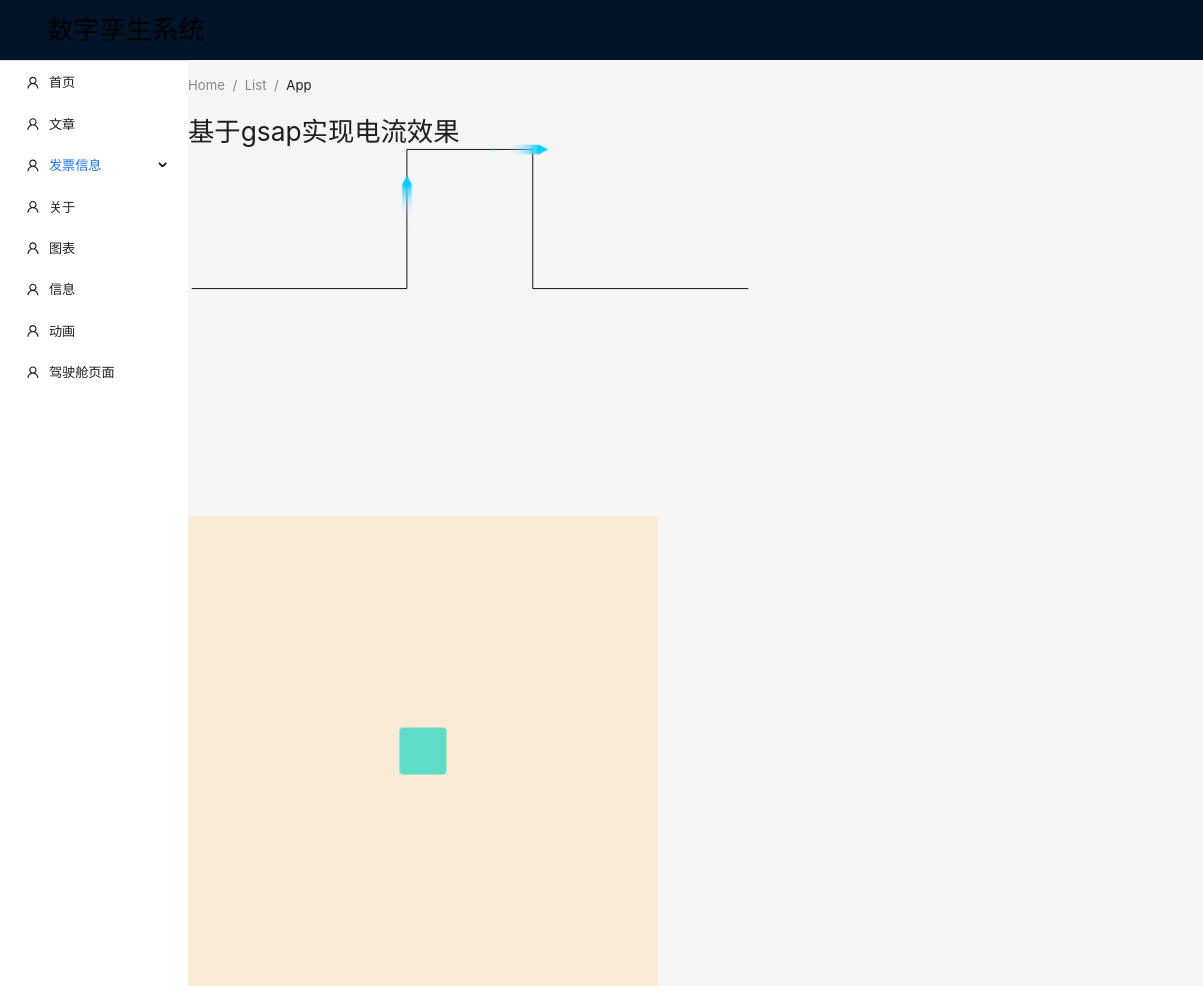
Repository: HailiePan/webpack-react-practice
Page: /animation
An editor plug-in stored every save of this project. The page is shown before and after the next save, followed by the edit.
The browser window is 1280 px wide. The pictures show the whole page, at 94% of full size.
The project was rebuilt for these pictures with package versions that can differ from the ones it lists, and the page was loaded fresh each time. Also part of the build but not shown: src/pages/Animation/component/ScrollAnimation/index.jsx, src/pages/Home.jsx, src/pages/Invoices/index.jsx, src/pages/Invoices/Invoice.jsx, src/pages/Invoices/Pending.jsx, src/pages/Invoices/Complete.jsx, src/components/CommonBox/index.less, src/components/CommonBox/index.jsx and 25 more.

Above is the page before, as saved 2024-01-24 15:24:15.

### index.html
<!--
 * Author  hailie.pan
 * Date  2023-10-08 16:03:03
 * LastEditors  hailie.pan
 * LastEditTime  2023-10-08 16:03:04
 * Description  file content
-->
<!--
 * Author  hailie.pan
 * Date  2023-10-07 17:34:05
 * LastEditors  hailie.pan
 * LastEditTime  2023-10-07 17:34:06
 * Description  file content
-->
<!DOCTYPE html>
<html lang="en">
  <head>
    <meta charset="UTF-8" />
    <meta http-equiv="X-UA-Compatible" content="IE=edge" />
    <meta name="viewport" content="width=device-width, initial-scale=1.0" />
    <title>Document</title>
  </head>
  <body>
    <div id="app"></div>
  </body>
</html>

### src/index.jsx
/*
 * Author  hailie.pan
 * Date  2023-10-07 17:16:58
 * LastEditors  hailie.pan
 * LastEditTime  2023-10-24 17:39:40
 * Description  file content
 */
import React, { StrictMode } from "react";
import * as ReactDOM from "react-dom/client";
import { BrowserRouter, useRoutes } from "react-router-dom";
import { routes } from "@/router";
const App = () => {
  return useRoutes(routes);
};
const root = ReactDOM.createRoot(document.getElementById("app"));
// v18 的新方法
root.render(
  <StrictMode>
    <BrowserRouter>
      <App />
    </BrowserRouter>
  </StrictMode>
);

// BrowserRouter下直接渲染useRoutes,routes里配置好路径对应的组件
// 然后就会显示路径对应的组件
// useRoutes(routes)必须在函数里写着

### src/router/index.js
/*
 * @Author: Hailie.Pan
 * @Date: 2023-11-28 10:30:45
 * @LastEditors: Hailie.Pan
 * @LastEditTime: 2024-01-11 10:41:08
 * @Description:
 */
/*
 * Author  hailie.pan
 * Date  2023-10-13 17:13:27
 * LastEditors  hailie.pan
 * LastEditTime  2023-11-28 10:30:45
 * Description  file content
 */
import React from "react";
import { useRoutes } from "react-router-dom";

import BaseLayout from "@/BaseLayout";

import Home from "@/pages/Home";
import Invoices from "@/pages/Invoices";
import Invoice from "@/pages/Invoices/Invoice";
import Pending from "@/pages/Invoices/Pending";
import Complete from "@/pages/Invoices/Complete";
import About from "@/pages/About";
import Article from "@/pages/Article";
import ControlRoomFirstPage from "@/pages/ControlRoomFirstPage";
import Chart from "@/pages/Chart";
import Info from "@/pages/Info";
import Animation from '@/pages/Animation'

const routes = [
  {
    path: "/",
    element: <BaseLayout />,
    name: "一级场景",
    children: [
      { path: "/home", element: <Home />, name: "首页" },
      { path: "/article", element: <Article />, name: "文章" },
      {
        // path: "/invoices",
        // element: <Invoices />,
        name: "发票信息",
        children: [
          {
            path: "/invoices/invoicesDetail/:id",
            element: <Invoice />,
            name: "发票1详情",
          },
          {
            path: "/invoices/pending",
            element: <Pending />,
            name: "发票2详情",
          },
          {
            path: "/invoices/complete",
            element: <Complete />,
            name: "发票3详情",
          },
        ],
      },

      {
        path: "/about",
        element: <About />,
        name: "关于",
      },
      {
        path: "/chart",
        element: <Chart />,
        name: "图表",
      },
      {
        path: "/info",
        element: <Info />,
        name: "信息",
      },
      {
        path: "/animation",
        element: <Animation />,
        name: "动画",
      },
    ],
  },
  {
    path: "/controlRoomFirstPage",
    element: <ControlRoomFirstPage />,
    name: "驾驶舱页面",
  },
];

export { routes };

### src/BaseLayout/index.jsx
/*
 * Author  hailie.pan
 * Date  2023-10-13 17:28:32
 * LastEditors  hailie.pan
 * LastEditTime  2023-12-04 10:37:50
 * Description  file content
 */

import React, {useEffect, useCallback, useState, useMemo } from 'react';
import { LaptopOutlined, NotificationOutlined, UserOutlined } from '@ant-design/icons';
import { Breadcrumb, Layout, Menu, theme } from 'antd';
import { Link, NavLink, useRoutes, Navigate, Outlet } from 'react-router-dom';
import { gsap } from "gsap";
import { ScrollTrigger } from 'gsap/ScrollTrigger.js'
import { routes } from '@/router';
import StateContext from './data.js';
import styles from './index.less';
import ScrollAnimation from '@/pages/Animation/component/ScrollAnimation'
const { Header, Content, Sider } = Layout;

export default function BaseLayout() {
  // console.log("routes", routes);
  const [selectedMenuKeys, setSelectedMenuKeys] = useState([]);

  // useMemo缓存菜单的计算方法，避免每次刷新时都计算一遍
  // 这个菜单的算法还是不太优美，不好维护
  let showMenu = useMemo(
    () =>
      routes
        .map((item, index) => {
          if (item.children) {
            const arr2 = item.children.map((c, cIndex) => {
              return {
                key: cIndex,
                icon: React.createElement(UserOutlined),
                name: c.name,
                label: (
                  <NavLink to={c.path} state={'From App'}>
                    {c.name}
                  </NavLink>
                ),
                children: c?.children?.map((t, tIndex) => ({
                  key: `${cIndex}-${tIndex}`,
                  icon: React.createElement(UserOutlined),
                  name: t.name,
                  label: <NavLink to={t.path}>{t.name}</NavLink>
                }))
              };
            });
            return arr2;
          } else {
            return {
              key: 'dandu' + index,
              icon: React.createElement(UserOutlined),
              name: item.name,
              label: (
                <NavLink to={item.path} state={'From App'}>
                  {item.name}
                </NavLink>
              )
            };
          }
        })
        .flat(), // arr2是个数组，放到showMenu数组里需要拉平
    []
  );
  showMenu.flat();
  // console.log("showMenu", showMenu);

  const menuArr = [
    {
      key: 0,
      icon: React.createElement(UserOutlined),
      label: (
        <NavLink to="/home" state={'From App'}>
          首页
        </NavLink>
      )
    },

    {
      key: 1,
      icon: React.createElement(LaptopOutlined),
      label: <NavLink to="invoices">发票信息</NavLink>,
      children: [
        {
          key: '1-0',
          label: <NavLink to="/invoices/invoicesDetail/1?a=a&b=b">发票1详情页</NavLink>
        },
        {
          key: '1-1',
          label: <NavLink to="/invoices/pending?fromPage=菜单点击">发票2详情页</NavLink>
        },
        {
          key: '1-2',
          label: (
            <NavLink to="/invoices/complete" state={'左侧菜单点击'}>
              发票3详情页
            </NavLink>
          )
        }
      ]
    },
    {
      key: 2,
      icon: React.createElement(NotificationOutlined),
      label: <NavLink to="about">关于</NavLink>
    },
    {
      key: 3,
      icon: React.createElement(NotificationOutlined),
      label: <NavLink to="controlRoomFirstPage">驾驶舱页面</NavLink>
    },
    {
      key: 4,
      icon: React.createElement(LaptopOutlined),
      label: <NavLink to="article">文章</NavLink>
    }
  ];

  const onSelectMenu = ({ item, key, keyPath, selectedKeys, domEvent }) => {
    setSelectedMenuKeys([key]);
  };

  const [state, setState] = useState('playing');

  // useEffect(()=>{
  //   gsap.registerPlugin(ScrollTrigger)
  //     // 绿色方块
  //     gsap.to("#ewrwer", {
  //       rotation: 900,
  //       x:400,
  //       duration: 1,
  //       scrollTrigger: {
  //         trigger: '#ewrwer', // 动画的元素
  //         scroller: document.getElementById('21321'), // 滚动的元素
  //         scrub: 2,
  //         markers: true,
  //       },

  //     });
  // },[])

  return (
    <Layout className={styles.layoutWrap}>
{/*
      <div className={styles.box} id='21321'>
        <div className={styles.green} id='ewrwer'></div>
        <div style={{height:'1000px'}} />
      </div> */}

      {/* <ScrollAnimation /> */}


      <Header className={styles.header}>
        <div className={styles.logo} />

        <h1>数字孪生系统</h1>
      </Header>

      <Layout>
        <Sider className={styles.sider}>
          <Menu
            mode="inline"
            // defaultSelectedKeys={["0"]}
            // defaultOpenKeys={["sub1"]}
            style={{
              height: '100%',
              borderRight: 0
            }}
            items={showMenu}
            selectedKeys={selectedMenuKeys}
            onSelect={onSelectMenu}
          />
        </Sider>

        <Layout className={styles.rightLayout}>
          <Breadcrumb
            style={{
              margin: '16px 0'
            }}
          >
            <Breadcrumb.Item>Home</Breadcrumb.Item>
            <Breadcrumb.Item>List</Breadcrumb.Item>
            <Breadcrumb.Item>App</Breadcrumb.Item>
          </Breadcrumb>

          <StateContext.Provider value={{ state, setState }}>
            <Content className={styles.content} id='content'>
              <Outlet />
            </Content>
          </StateContext.Provider>
        </Layout>
      </Layout>
    </Layout>
  );
}

### src/pages/Animation/index.jsx
/*
 * @Author: Hailie.Pan
 * @Date: 2024-01-11 10:41:16
 * @LastEditors: Hailie.Pan
 * @LastEditTime: 2024-01-23 19:54:06
 * @Description:
 */
import React, { useRef, useEffect, useState } from 'react';
import { gsap } from 'gsap';
import { ScrollTrigger } from 'gsap/ScrollTrigger.js';
import MoveBox from './component/MoveBox';
import MoveOnPath from './component/MoveOnPath';
import CanvasDraw from './component/CanvasDraw';
import TimeLine from './component/TimeLine';
import ScrollAnimation from './component/ScrollAnimation';
import ScrollAnimation2 from './component/ScrollAnimation2';
import ImitateElectricity from './component/ImitateElectricity';
import DraggableCom from './component/DraggableCom';
import styles from './index.module.less';

export default function Animation() {
  let obj = { myNum: 10, myColor: 'red' };

  useEffect(() => {
    // stagger 依次执行动画
    // gsap.to([boxRef.current, boxRef2.current, boxRef3.current], {
    //   rotation: 360,
    //   stagger:1,
    //   duration:2
    // });

    gsap.to(obj, {
      myNum: 200,
      myColor: 'blue',
      onUpdate: () => {
        console.log('onUpdate', obj.myColor);
      },
      onComplete: () => console.log('onComplete', obj.myNum, obj.myColor)
    });
  }, []);

  return (
    <div className={styles.wrap}>
      {/* <MoveBox /> */}

      {/* 在canvas中驱动元素绘制 */}
      {/* <CanvasDraw /> */}

      {/* 时间线动画 stagger依次错开 */}
      {/* <TimeLine /> */}

      {/* 元素沿SVG路径移动 */}
      {/* <MoveOnPath /> */}

      {/* 把canvas的效果和gsap的效果放在一起对比 */}
      {/* 模拟电流效果 */}
      <ImitateElectricity />

      {/* 滚动动画 */}
      {/* <ScrollAnimation /> */}

      {/* 滚动动画 */}
      {/* <ScrollAnimation2 /> */}

      {/* 可拖拽 */}
      <DraggableCom />
    </div>
  );
}

### src/BaseLayout/data.js
/*
 * Author  hailie.pan
 * Date  2023-11-28 10:20:25
 * LastEditors  hailie.pan
 * LastEditTime  2023-11-28 10:26:27
 * Description  file content
 */
import { createContext } from "react";

const StateContext = createContext({});

export default StateContext;

### src/BaseLayout/index.less
body {
  margin: 0;
  // height: 200vh;
}


.layoutWrap {
  height: 100vh;
  overflow-y: auto;
}

.box{
  height: 200px;
  overflow-y: auto;
  // border: 1px solid rgb(239, 200, 151);
}
.green{
  width: 50px;
  height: 50px;
  background-color: green;
  border-radius: 4px;
  margin: 0 auto;
  position: fixed;
  top: 50%;
  left: 50%;
}
.header {
  display: flex;
  align-items: center;

  .logo {
    width: 100px;
    height: 40px;
    background: rgba(255, 255, 255, 0.5);
    margin-right: 20px;
  }
  h1 {
    color: #fff;
    padding: 0;
    margin: 0;
  }
}
@colorBgContainer: #fff;
.sider {
  width: 200;
  background: @colorBgContainer;
}
.rightLayout {
  padding: 0 24px 24px;
}

.content {
  padding: 24px;
  margin: 0;
  min-height: 280px;
  background: @colorBgContainer;
  // border: 1px solid green; // 高度没有被页面的高度撑开
  // height: auto;
  overflow-y: scroll;
}

### src/pages/home.less
@color: rgb(248, 157, 39);

@font-face {
  font-family: "DIN";
  src: url("@/assets/fonts/庞门正道标题体2.0增强版.ttf");
  font-style: normal;
  font-weight: normal;
}
.wrapper {
  font-weight: 700;
  color: #333;

  ul {
    color: @color;
    // list-style-type: none;
  }
  .fontStyle {
    font-family: "DIN";
  }

  .box {
    height: 500px;
    margin-top: 20px;
    display: flex;
    .item {
      flex-shrink: 1; //属性定义了项目的缩小比例，默认为1，即如果空间不足，该项目将缩小
      flex-grow: 1; // 定义项目的放大比例，默认为0，即如果存在剩余空间，也不放大
      width: 300px;
      background-color: #fce09e;
      border: 1px solid rgb(255, 162, 0);
    }
  }
  .showImg {
    display: flex;
    img {
      width: 100px;
      height: 100px;
      margin-top: 10px;
      display: block;
    }
  }
}

### src/pages/Animation/component/ImitateElectricity/index.jsx
/*
 * @Author: Hailie.Pan
 * @Date: 2024-01-16 22:18:53
 * @LastEditors: Hailie.Pan
 * @LastEditTime: 2024-01-23 20:10:45
 * @Description:
 */
import React, { useEffect, useRef } from 'react';
import { gsap } from 'gsap';
import { MotionPathPlugin, MotionPathHelper } from 'gsap/all';
import styles from './index.module.less';

export default function ImitateElectricity() {
  const jiantou = useRef();
  const jiantou2 = useRef();

  useEffect(() => {
    // 注册插件
    gsap.registerPlugin(MotionPathPlugin);

    const tl = gsap.timeline();

    gsap.set([jiantou.current, jiantou2.current], { scale: 0.5, autoAlpha: 1 });

    tl.to([jiantou.current, jiantou2.current], {
      duration: 10,
      ease: 'none',
      immediateRender: true,
      repeat: -1, // 重复
      stagger: 2, // 间隔时间
      motionPath: {
        path: '#xianlu', // 路径
        align: '#xianlu', // 对齐到路径
        alignOrigin: [0.5, 0.5], // 对齐原点
        autoRotate: 90 // 沿路径方向旋转角度
        // offsetX: -20,
        // offsetY: 0,
      }
    });
    // gsap.registerPlugin(MotionPathPlugin, MotionPathHelper)
  }, []);

  return (
    <div>
      <h1>基于gsap实现电流效果</h1>
      {/* svg路径必须是path */}
      <svg class={styles.motionPath} viewBox="0 0 600 152">
        <path id="xianlu" fill="none" stroke="#000" d="m0,151h231.97V1h135.69v150h232.35" />
      </svg>

      <div className={styles.jiantou} ref={jiantou}></div>
      <div className={styles.jiantou} ref={jiantou2}></div>
    </div>
  );
}

### src/pages/Animation/component/DraggableCom/index.jsx
/*
 * @Author: Hailie.Pan
 * @Date: 2024-01-23 18:00:40
 * @LastEditors: Hailie.Pan
 * @LastEditTime: 2024-01-24 15:24:15
 * @Description:
 */
import React, { useRef, useEffect } from 'react';
import { gsap } from 'gsap';
import { Draggable } from 'gsap/all';
import styles from './index.module.less';

export default function DraggableCom() {
  const flair3 = useRef();
  const flair2 = useRef();
  const flair1 = useRef();
  const containerRef = useRef();
  useEffect(() => {
    gsap.registerPlugin(Draggable);

    Draggable.create(flair1.current, {
      type: 'x',
      bounds: containerRef.current
    });

    Draggable.create(flair2.current, {
      type: 'rotation'
    });
    Draggable.create(flair3.current, {
      type: 'x,y', // 拖动类型，| x,y | rotation | x | y |, 默认x,y
      bounds: containerRef.current, // 在另一个dom元素中可拖动
      onClick: function (e) {
        console.log('clicked', e);
      },
      onDragStart: function (e) {
        console.log('drag ended', e);
      },
      onDragEnd: function (e) {
        console.log('drag ended', e);
      }
    });
  }, []);
  return (
    <div className={styles.container} ref={containerRef}>
      {/* <div className={styles.flair} ref={flair1}></div> */}

      {/* <div className={styles.flair} ref={flair2}></div> */}

      <div className={styles.flair} ref={flair3}></div>
    </div>
  );
}

### src/pages/Animation/component/ScrollAnimation/index.module.less

.wrap{
  border:1px solid red;
  height: 600px;
  background-color: #111;
  color: white;
  // overflow-x: hidden;
  overflow-y: scroll;
}
h1, h2 {
  margin: 0;
  font-weight: 400;
  max-width: none;
}
.headerSection{
  height: 400px;
  line-height: 400px;
  border: 1px solid rgb(255, 140, 0);
}

.comparisonSection {
  position: relative;
  padding-bottom: 56.25%; /* to maintain aspect ratio (responsive!) */
  border: 1px solid yellow;

  .comparisonImage {
    width: 100%;
    height: 100%;

    img {
      width: 100%;
      height: 100%;
      position: absolute;
      top: 0;
    }
  }

  .afterImage {
    position: absolute;
    overflow: hidden;
    top: 0;
    transform: translate(100%, 0px);
    img {
      transform: translate(-100%, 0px);
    }
  }
}

### src/pages/Animation/component/ImitateElectricity/index.module.less
.motionPath {
    overflow: visible;
      width: 600px;
      height: 150px;
  }

  .jiantou{
    width: 20px;
    height: 119px;
    background: url('./assets/jiantou.png');
  }

### src/pages/Animation/component/DraggableCom/index.module.less
.container {
  display: flex;
  align-items: center;
  justify-content: space-around;
  width: 500px;
  height: 500px;
  background-color: antiquewhite;

  .flair {
    width: 50px;
    height: 50px;
    border-radius: 4px;
    background-color: rgb(127, 187, 255);

    &:first-child {
      background-color: rgb(255, 140, 0);
    }
    &:last-child {
      background-color: rgb(95, 220, 199);
    }
  }
}

After the next save:
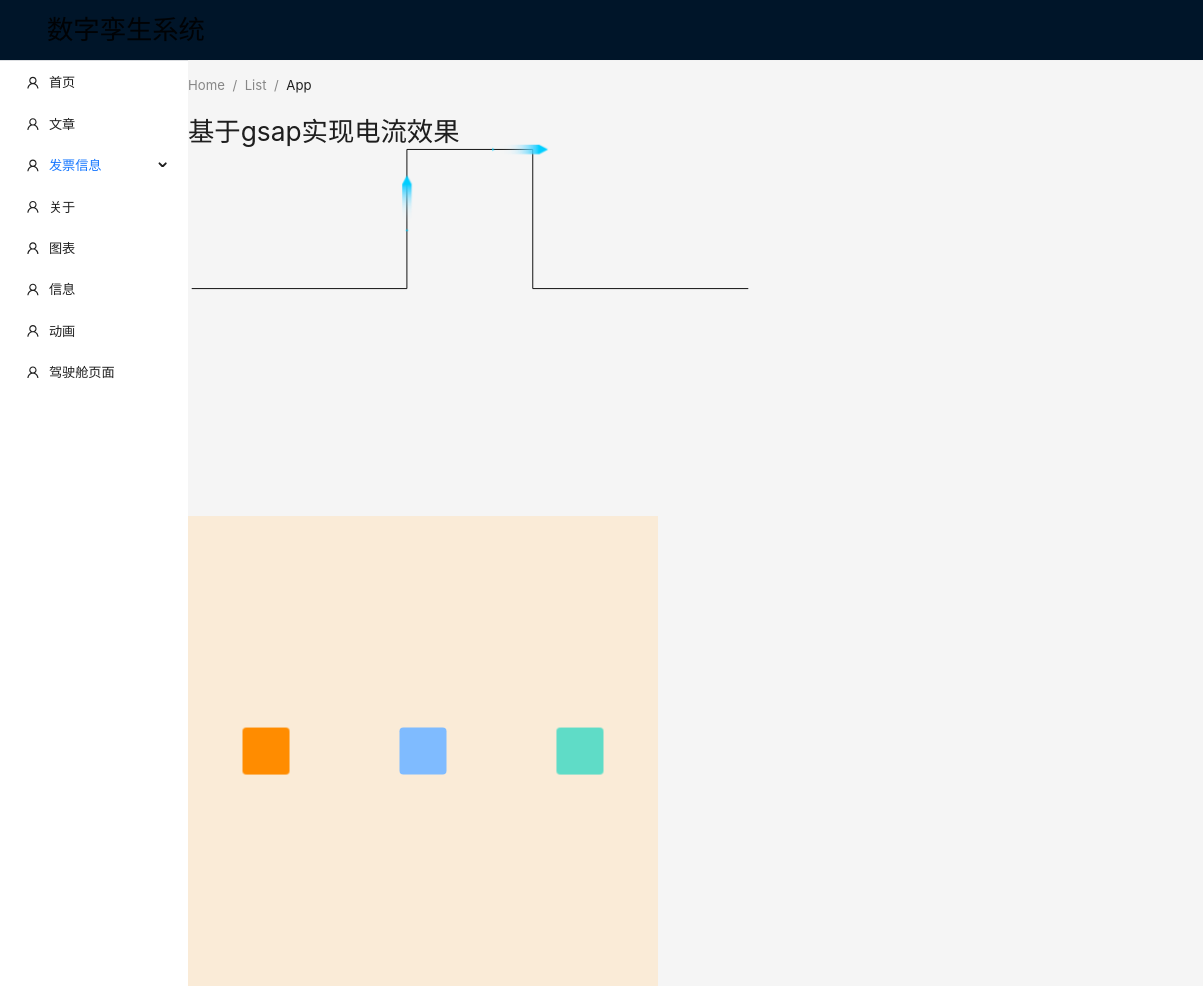
Saved 28 s later.
--- a/src/pages/Animation/component/DraggableCom/index.jsx
+++ b/src/pages/Animation/component/DraggableCom/index.jsx
@@ -42,9 +42,9 @@ export default function DraggableCom() {
   }, []);
   return (
     <div className={styles.container} ref={containerRef}>
-      {/* <div className={styles.flair} ref={flair1}></div> */}
+      <div className={styles.flair} ref={flair1}></div>
 
-      {/* <div className={styles.flair} ref={flair2}></div> */}
+      <div className={styles.flair} ref={flair2}></div>
 
       <div className={styles.flair} ref={flair3}></div>
     </div>
